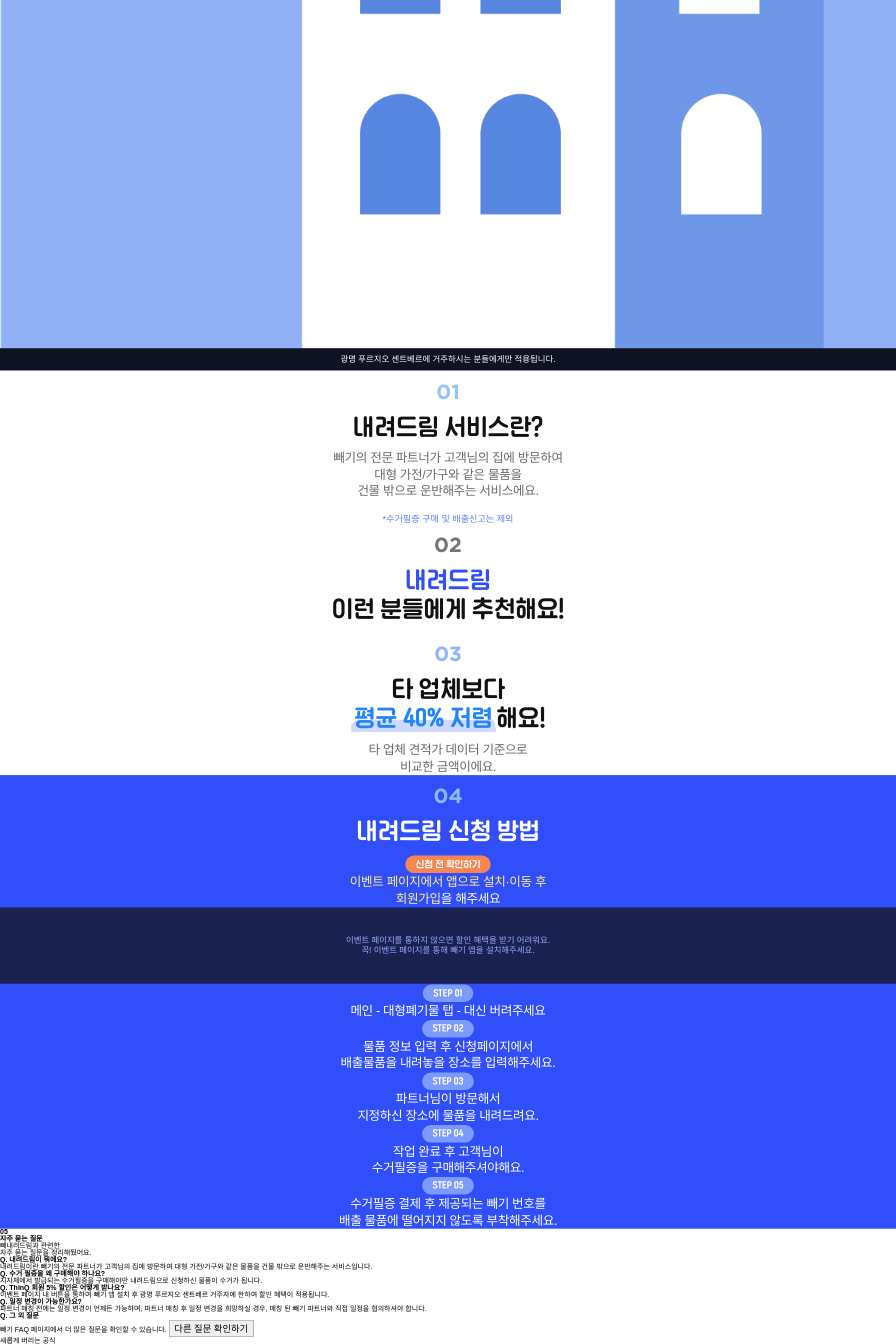
Repository: seraLeeDev/lgthinq-test
Page: index2.html
These files come from the project's save history. The page is drawn as it stood at one moment and after the next save; the edit follows.
The browser window is 1280 px wide. The pictures show the part of the page from y = 2946 to 4866 px (the page is 4866 px tall), at 70% of full size.
Some web fonts or font styles are not loaded; a fallback is used.

Above is the page before, as saved 2023-03-14 15:34:05.
Console error: ReferenceError: AOS is not defined

After the next save:
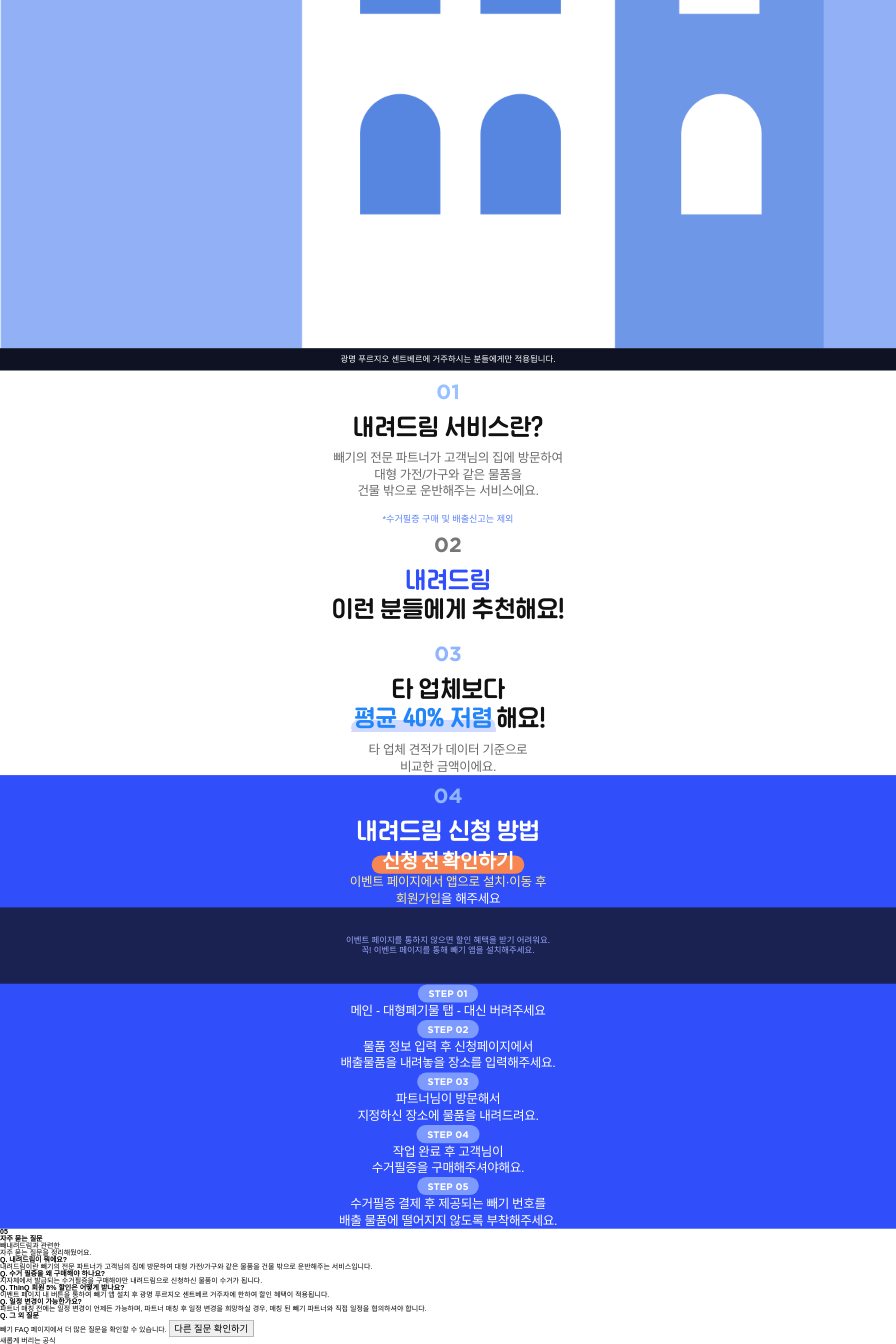
Saved 107 s later.
--- a/css/style.css
+++ b/css/style.css
@@ -10,7 +10,7 @@
   font-family: "Pretendard", sans-serif !important;
   font-size: 10px; /*1rem: 10px*/
 }
-.wrapper .GGothic {
+.GGothic {
   font-family: "HGSoftGGothicssi", sans-serif !important;
 }
 .font-semiBold {

After the 3 saves that followed:
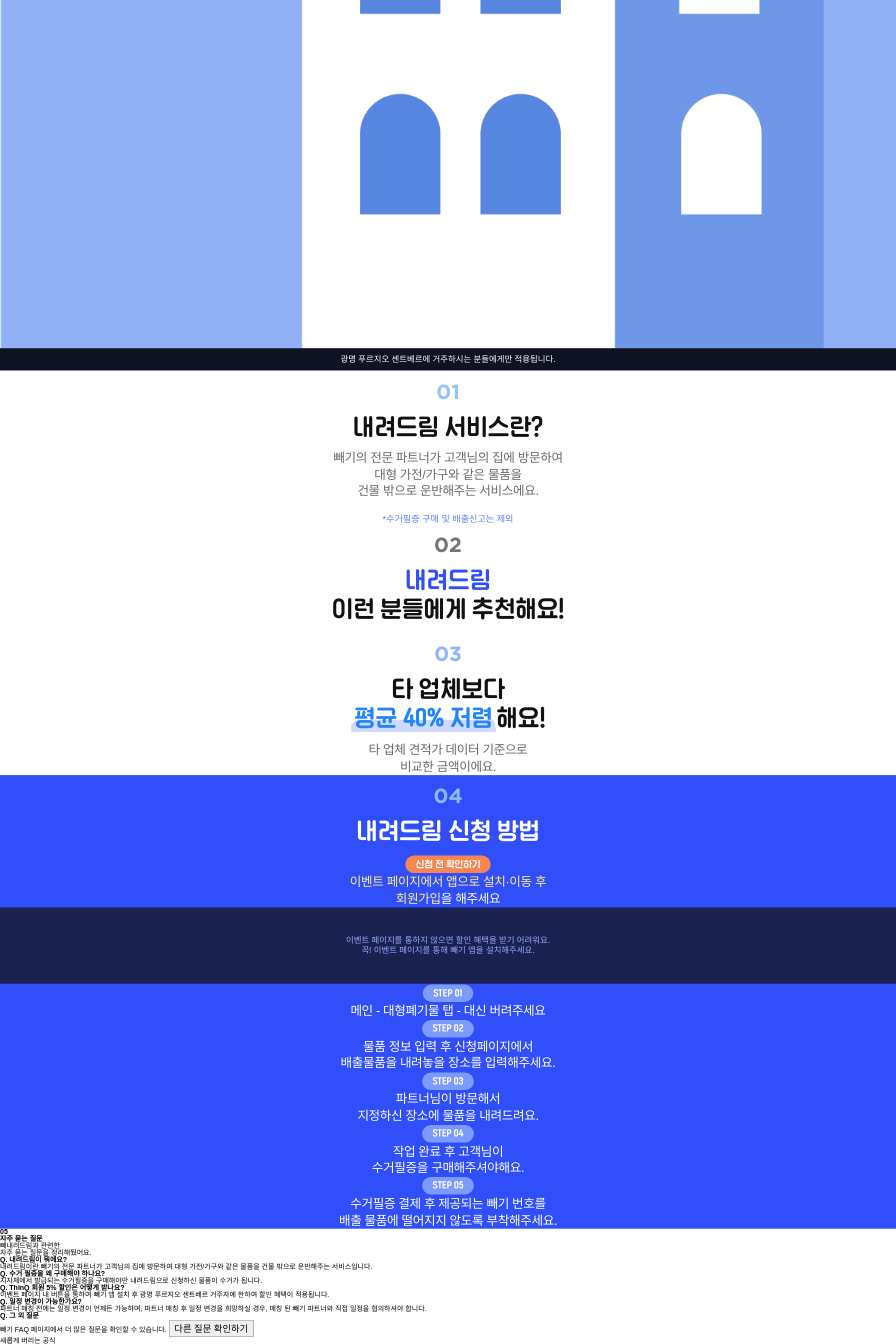
The 3 saves are shown as one change because 1 left the picture as it was and some came seconds apart.
The last was saved 99 s later.
--- a/css/style.css
+++ b/css/style.css
@@ -12,6 +12,9 @@
 }
 .GGothic {
   font-family: "HGSoftGGothicssi", sans-serif !important;
+}
+.Gotham {
+  font-family: "Gotham", sans-serif !important;
 }
 .font-semiBold {
   font-weight: 600 !important;
@@ -117,7 +120,6 @@
   color: #fff;
 }
 .box-chip {
-  font-family: "Gotham", sans-serif !important;
   padding: 0.5rem 1.5rem;
   font-size: 2.8rem;
   font-weight: 700;
